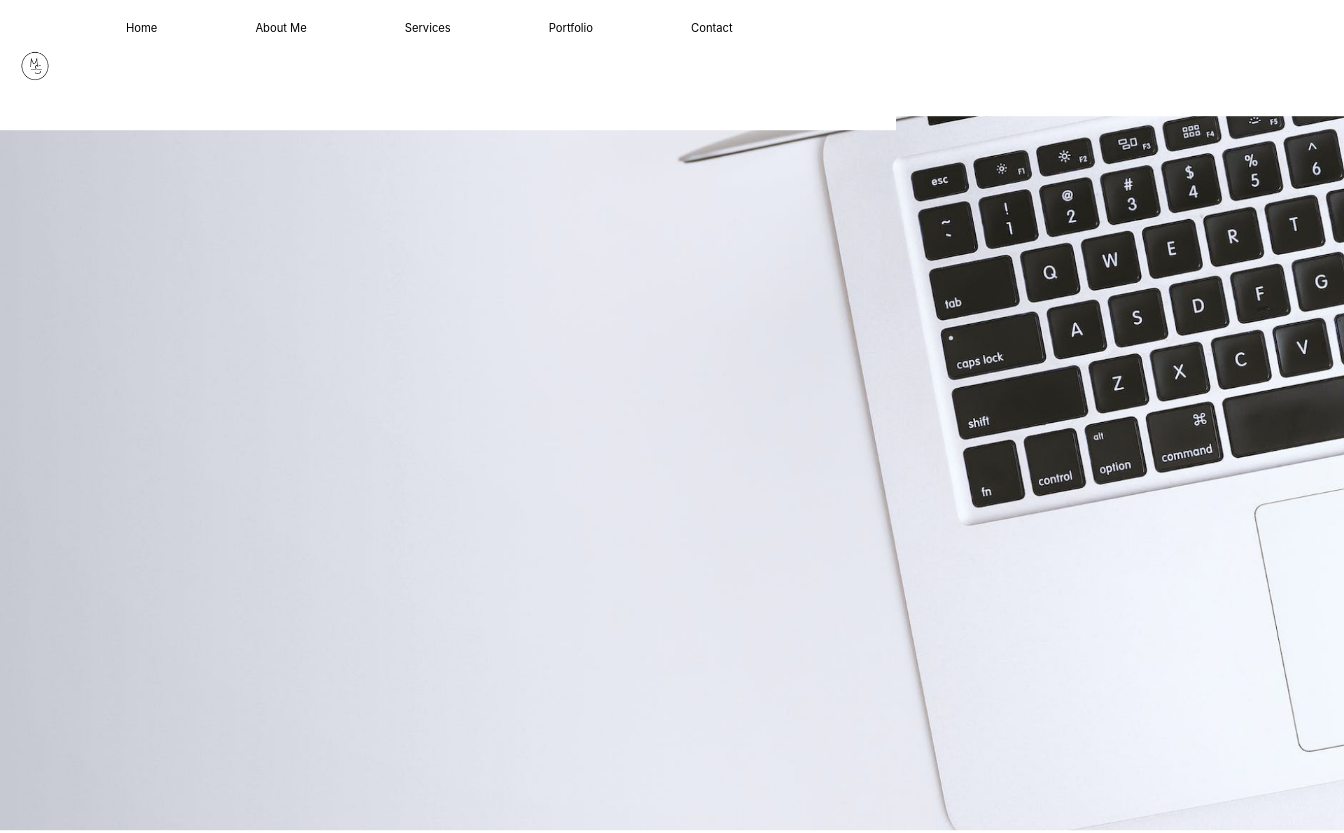
Repository: MEROO1010/Portfolio-2
Page: /
The author's editor kept a copy of each file at every save. The page is drawn from the files as they stood at one save, then again after the next save.
The browser window is 1280 px wide. The page is 1920 px wide, so the pictures cover 1920 px, including what lies to the right of the window. The pictures show the whole page, at 70% of full size.
The project was rebuilt for these pictures with package versions that can differ from the ones it lists, and the page was loaded fresh each time.

Above is the page before, as saved 2023-12-16 11:01:45.

After the next save:
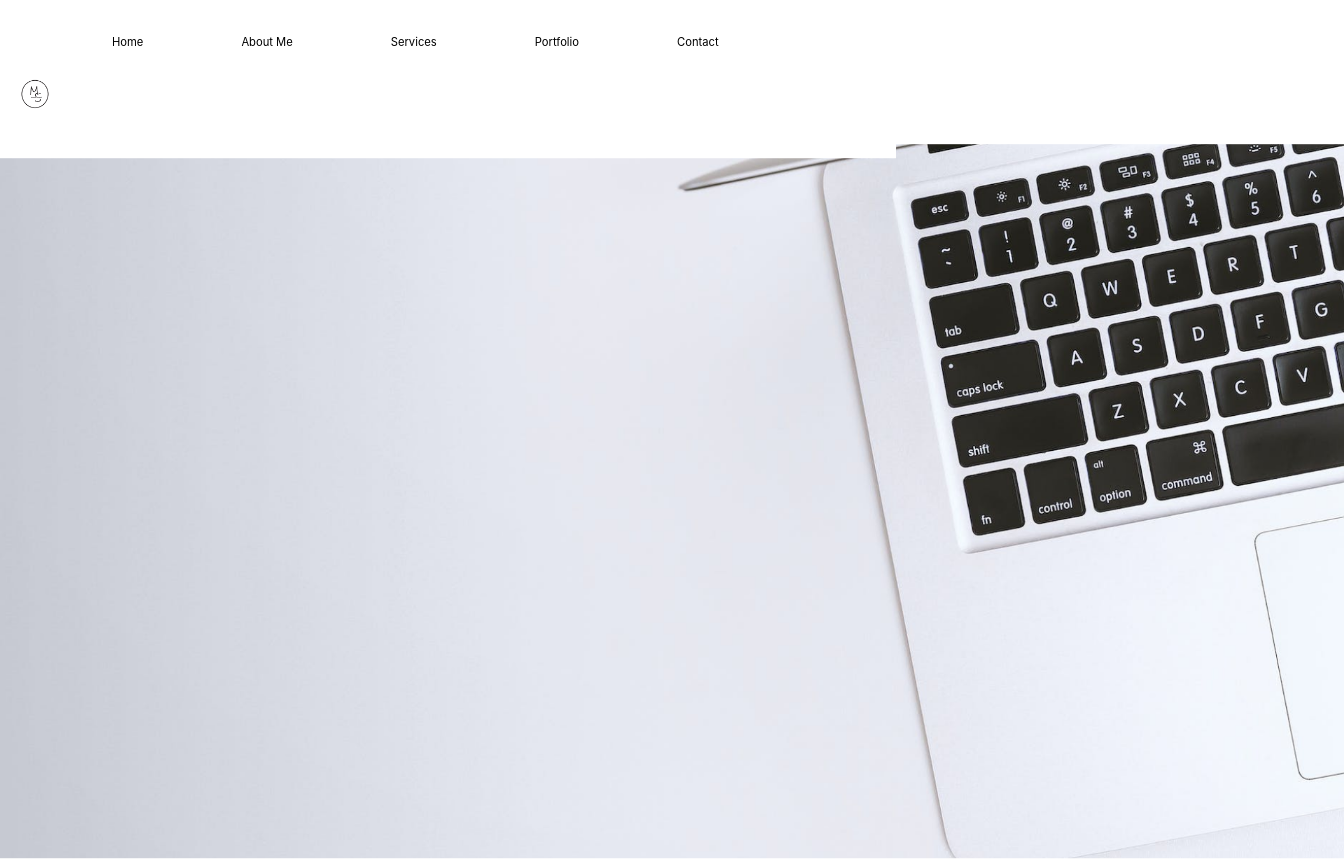
Saved 7 s later.
--- a/src/components/Navbar.js
+++ b/src/components/Navbar.js
@@ -33,7 +33,7 @@
     position:relative;
    list-style-type: none;
   margin-top: 10px;
-  padding: 10;
+  padding: 20px;
   bottom: 40px;
   overflow: hidden;
   }

After the save that followed:
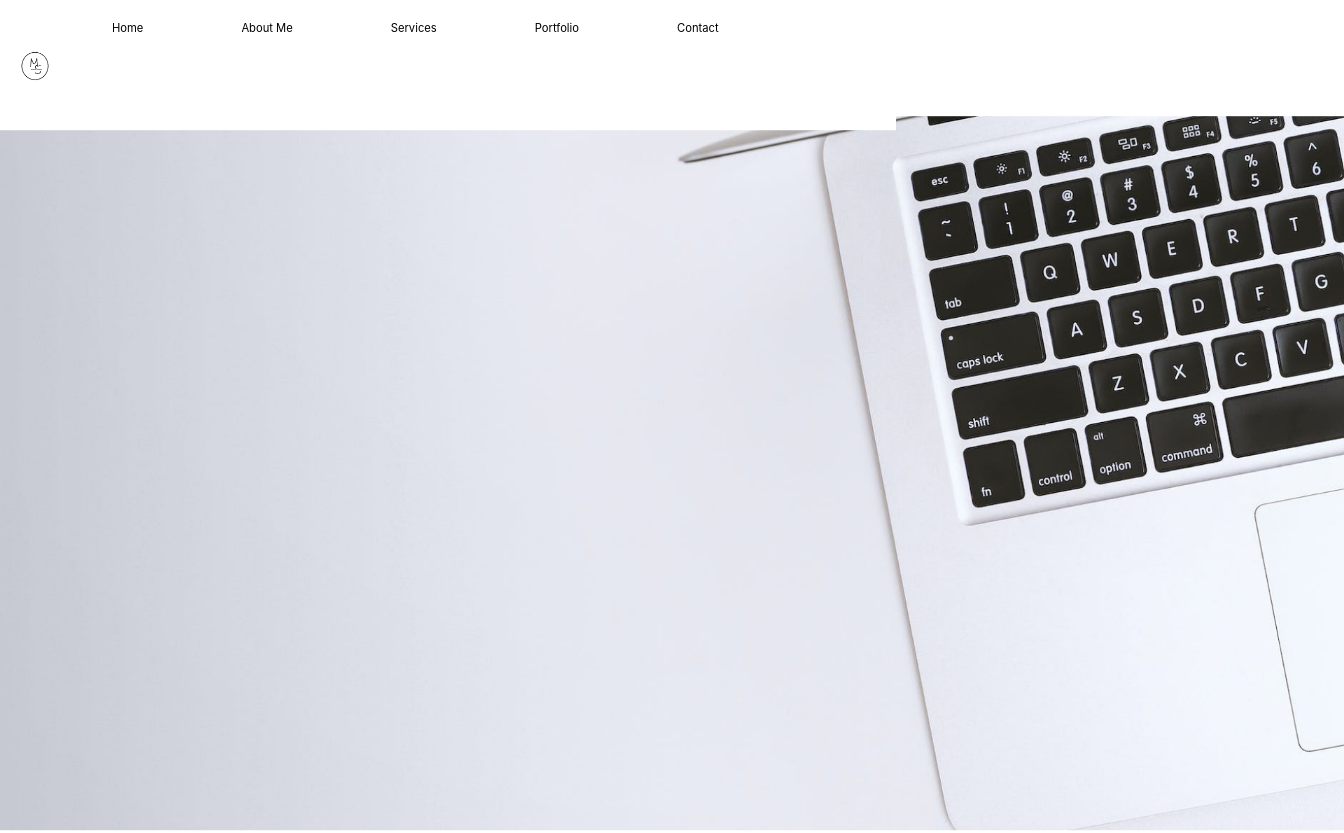
Saved 6 s later.
--- a/src/components/Navbar.js
+++ b/src/components/Navbar.js
@@ -33,7 +33,7 @@
     position:relative;
    list-style-type: none;
   margin-top: 10px;
-  padding: 20px;
+  padding-left: 20px;
   bottom: 40px;
   overflow: hidden;
   }
